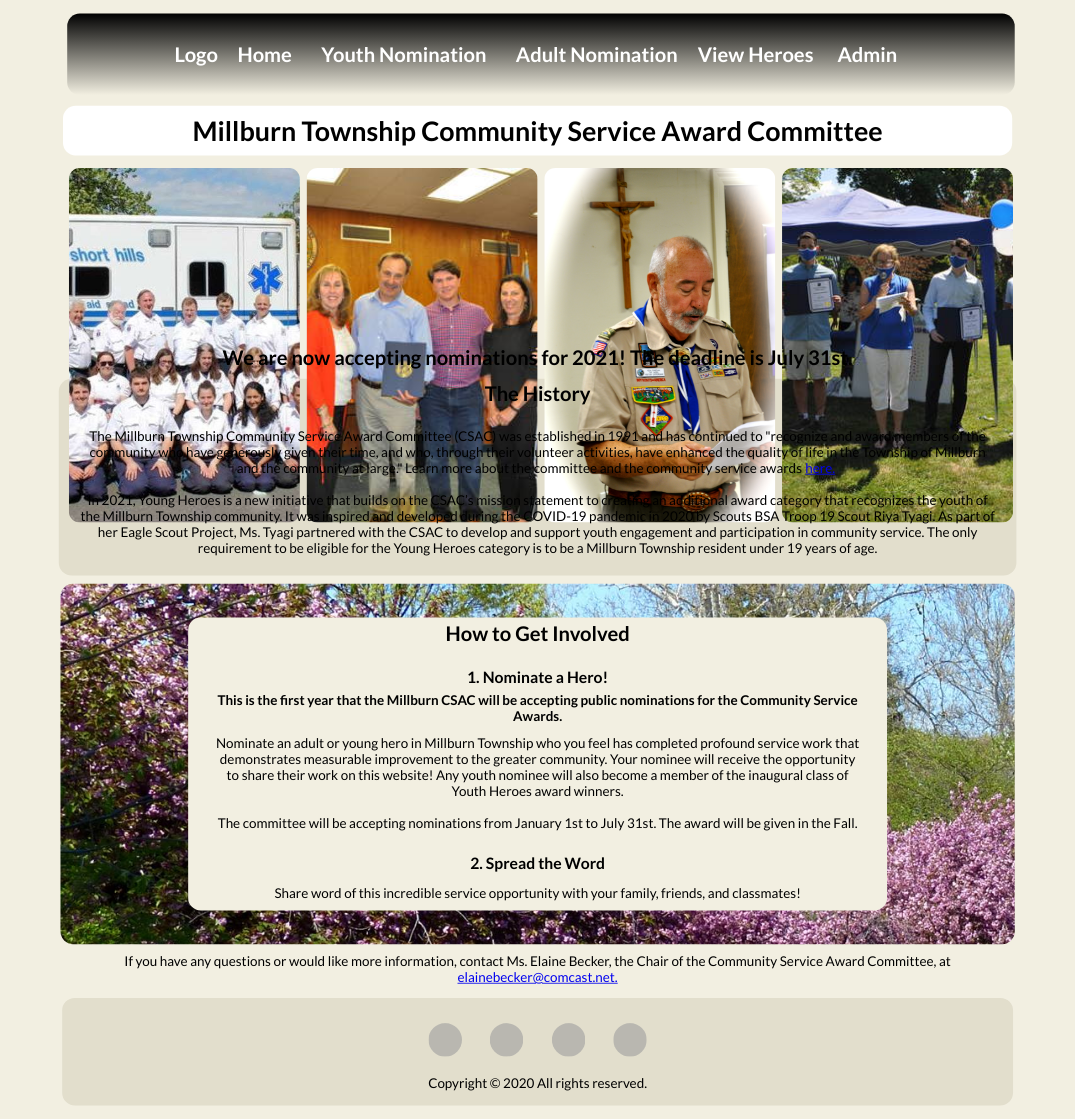
Repository: Centrattic/Young-Heroes-Website
Page: http://localhost/Frontend/home.php
These files come from the project's save history. The page is drawn as it stood at one moment and after the next save; the edit follows.
The browser window is 1280 px wide. The pictures show the whole page, at 84% of full size.
Pictures or frames that could not be fetched are drawn as grey boxes. The page is run by PHP 8.4 with error messages shown; the project is at /var/www/html/.

Above is the page before, as saved 2020-12-09 15:45:38.

After the next save:
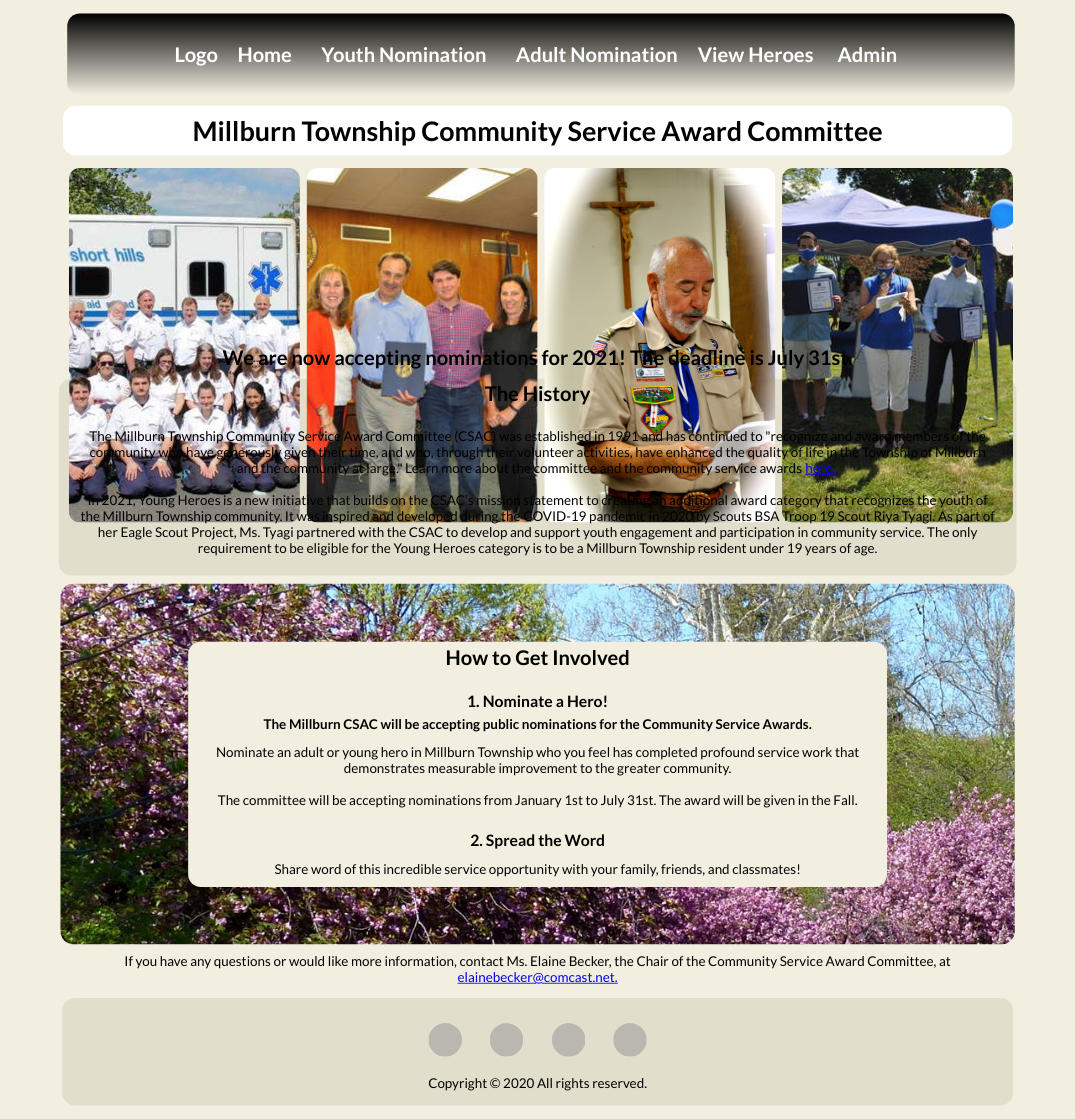
Saved 87 s later.
--- a/Eagle Project/Frontend/home.php
+++ b/Eagle Project/Frontend/home.php
@@ -101,16 +101,17 @@ require '../Backend/dbhconnect.php';
             <h2> How to Get Involved</h2>
             <br>
               <h3> 1. Nominate a Hero!</h3>
-              <h4> This is the first year that the Millburn CSAC will be accepting public nominations for the Community Service Awards.</h4>
-                <p> Nominate an adult or young hero in Millburn Township who you feel has completed profound service work that demonstrates measurable improvement to the greater community.
-                 Your nominee will receive the opportunity to share their work on this website! Any youth nominee will also
-                become a member of the inaugural class of Youth Heroes award winners. <br><br>
+              <h4> The Millburn CSAC will be accepting public nominations for the Community Service Awards.</h4>
+                <p> Nominate an adult or young hero in Millburn Township who you feel has completed profound service work that demonstrates measurable improvement to the greater community. <br><br>
                 The committee will be accepting nominations from January 1st to July 31st. The award will be given in the Fall.<p>
                <h3>  2. Spread the Word </h3> <p>Share word of this incredible service opportunity with your family, friends, and classmates!</p>
                <!--<h3> 3. <a href = "https://forms.gle/pbJxUtVEzWF9bCSh6"> Volunteer </a></h3>  <p> Millburn Township Young Heroes is an Eagle Scout Project by Riya Tyagi of Troop 19. Volunteer to help her out! </p> -->
                <!-- <h3> 4.<a href = "https://gf.me/u/y3cpyf">Donate</a> </h3> <p> Donate to recognize heroes and their causes. We are very grateful for all donations. All money received will be used to purchase bronze
                   plaques to recognize winners of the awards and to handle the costs of advertising and creating a website. Any extra funds will be donated to the CSAC for future use.</li>
-                </p>  -- Put this in explanation of Project --- part of narrative, footer  NICE -->
+                </p>  -- Put this in explanation of Project --- part of narrative, footer  NICE
+
+                Any youth nominee will also
+                become a member of the inaugural class of Youth Heroes award winners. -->
             </div>
     </div>
 
